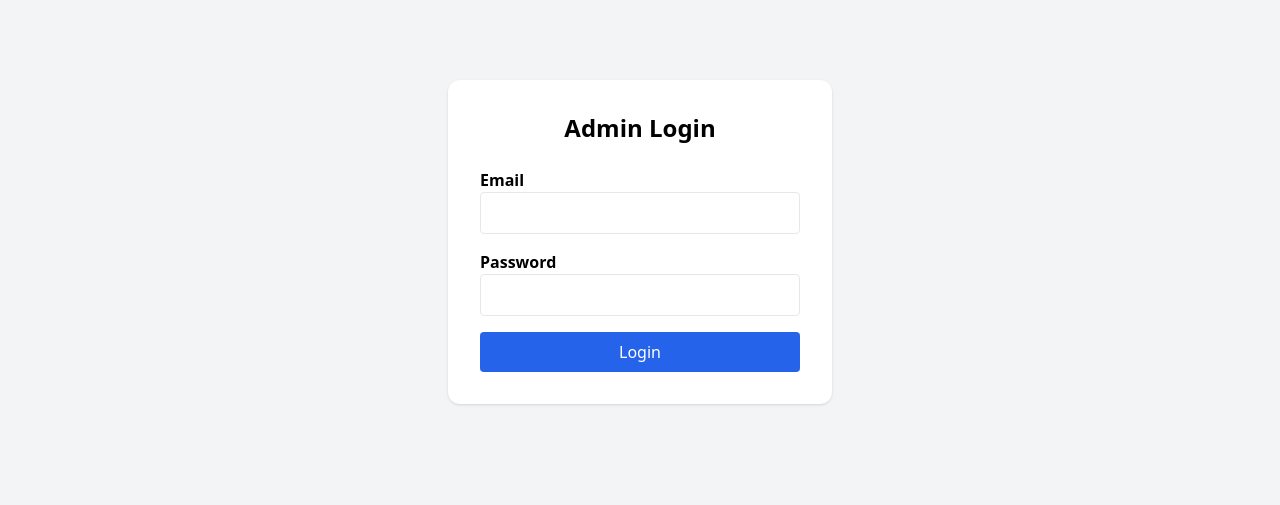
Repository: shravanramakunja/EventEase
Page: http://localhost/admin/login
The author's editor kept a copy of each file at every save. The page is drawn from the files as they stood at one save, then again after the next save.
The browser window is 1280 px wide. The pictures show the whole page.
Some web libraries are served in a nearby version. The page is served by the project's Node server (server.js). Other server files are loaded and not shown.

Above is the page before, as saved 2025-11-29 18:23:28.

### views/adminLogin.ejs
<!DOCTYPE html>
<html lang="en">
<head>
  <meta charset="UTF-8">
  <title>Admin Login</title>
  <script src="https://cdn.tailwindcss.com"></script>
</head>
<body class="bg-gray-100">

  <div class="max-w-sm mx-auto mt-20 bg-white p-8 shadow rounded-xl">

    <h1 class="text-2xl font-bold text-center mb-6">Admin Login</h1>

    <% if (error) { %>
      <p class="bg-red-200 text-red-800 p-2 rounded mb-4 text-center"><%= error %></p>
    <% } %>

    <form action="/admin/login" method="POST" class="space-y-4">
      <div>
        <label class="block font-semibold">Email</label>
        <input type="email" name="email" required class="w-full border rounded p-2">
      </div>

      <div>
        <label class="block font-semibold">Password</label>
        <input type="password" name="password" required class="w-full border rounded p-2">
      </div>

      <button class="w-full bg-blue-600 text-white py-2 rounded hover:bg-blue-700">
        Login
      </button>
    </form>

  </div>

</body>
</html>

### server.js
// server.js

require("dotenv").config();
const express = require("express");
const path = require("path");
const session = require("express-session");
const bodyParser = require("body-parser");

const userRoutes = require("./routes/userRoutes");
const adminRoutes = require("./routes/adminRoutes");
const checkinRoutes = require("./routes/checkinRoutes");
const connectDB = require("./config/db");

const app = express();

// =====================
//  CONNECT DATABASE
// =====================
connectDB();

// =====================
//  MIDDLEWARE
// =====================
app.use(bodyParser.urlencoded({ extended: true }));
app.use(bodyParser.json());
app.use(express.json());
app.use(express.static(path.join(__dirname, "public")));

app.use(
  session({
    secret: process.env.SESSION_SECRET || "somesecretkey",
    resave: false,
    saveUninitialized: false,
    cookie: { maxAge: 24 * 60 * 60 * 1000 }
  })
);

// =====================
//  VIEW ENGINE
// =====================
app.set("view engine", "ejs");
app.set("views", path.join(__dirname, "views"));

// =====================
//  ROUTES
// =====================
app.use("/", userRoutes);
app.use("/admin", adminRoutes);
app.use("/checkin", checkinRoutes);
app.use("/checkin", require("./routes/checkinRoutes"));

// =====================
//  START SERVER
// =====================
const PORT = process.env.PORT || 5000;
app.listen(PORT, () => {
  console.log(`🚀 Server running on http://localhost:${PORT}`);
});

### routes/adminRoutes.js


const express = require("express");
const router = express.Router();
const adminController = require("../controllers/adminController");

// Middleware: allow when session admin is present OR when the request includes ?fromCheckin=true
function ensureAdminOrFromCheckin(req, res, next) {
  // If user is logged in as admin, proceed
  if (req.session && req.session.admin) {
    return next();
  }

  // If query param fromCheckin=true, allow access (used for redirect after scanning)
  const qc = req.query.fromCheckin;
  if (qc === "true" || qc === "1" || qc === "yes") {
    return next();
  }

  // Otherwise redirect to login
  return res.redirect("/admin/login");
}

// Admin Login (public)
router.get("/login", (req, res) => {
  res.render("adminLogin", { error: null });
});

// Handle login
router.post("/login", adminController.login);

// Admin Dashboard (protected)
router.get("/", ensureAdminOrFromCheckin, adminController.dashboard);

// Export CSV (protected)
router.get("/export", ensureAdminOrFromCheckin, adminController.exportCSV);

// Manual check-in (POST) — FIXED
router.post(
  "/manual-checkin",
  ensureAdminOrFromCheckin,
  adminController.manualCheckin
);

// Delete user (protected)
router.get("/delete/:id", ensureAdminOrFromCheckin, adminController.deleteUser);

// Logout
router.get("/logout", (req, res) => {
  req.session.destroy(err => {
    res.redirect("/admin/login");
  });
});

module.exports = router;

After the next save:
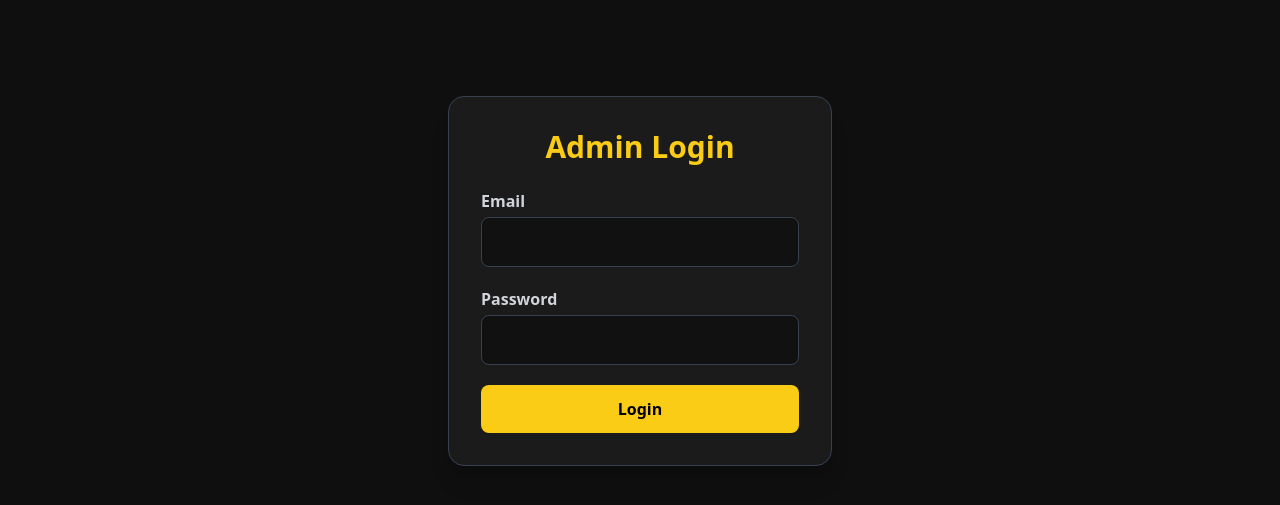
Saved 43 s later.
--- a/views/adminLogin.ejs
+++ b/views/adminLogin.ejs
@@ -2,31 +2,48 @@
 <html lang="en">
 <head>
   <meta charset="UTF-8">
-  <title>Admin Login</title>
+  <title>Admin Login – EventEase</title>
   <script src="https://cdn.tailwindcss.com"></script>
 </head>
-<body class="bg-gray-100">
 
-  <div class="max-w-sm mx-auto mt-20 bg-white p-8 shadow rounded-xl">
+<body class="bg-[#0f0f0f] text-white">
 
-    <h1 class="text-2xl font-bold text-center mb-6">Admin Login</h1>
+  <div class="max-w-sm mx-auto mt-24 bg-[#1b1b1b] border border-gray-700 p-8 rounded-2xl shadow-xl">
+
+    <h1 class="text-3xl font-extrabold text-center mb-6 text-yellow-400">
+      Admin Login
+    </h1>
 
     <% if (error) { %>
-      <p class="bg-red-200 text-red-800 p-2 rounded mb-4 text-center"><%= error %></p>
+      <p class="bg-red-500/20 border border-red-500 text-red-300 p-2 rounded text-center mb-4">
+        <%= error %>
+      </p>
     <% } %>
 
-    <form action="/admin/login" method="POST" class="space-y-4">
+    <form action="/admin/login" method="POST" class="space-y-5">
+
       <div>
-        <label class="block font-semibold">Email</label>
-        <input type="email" name="email" required class="w-full border rounded p-2">
+        <label class="block font-semibold text-gray-300 mb-1">Email</label>
+        <input
+          type="email"
+          name="email"
+          required
+          class="w-full bg-[#111] border border-gray-700 text-white p-3 rounded-lg focus:border-yellow-400 outline-none"
+        >
       </div>
 
       <div>
-        <label class="block font-semibold">Password</label>
-        <input type="password" name="password" required class="w-full border rounded p-2">
+        <label class="block font-semibold text-gray-300 mb-1">Password</label>
+        <input
+          type="password"
+          name="password"
+          required
+          class="w-full bg-[#111] border border-gray-700 text-white p-3 rounded-lg focus:border-yellow-400 outline-none"
+        >
       </div>
 
-      <button class="w-full bg-blue-600 text-white py-2 rounded hover:bg-blue-700">
+      <button
+        class="w-full bg-yellow-400 text-black font-semibold py-3 rounded-lg hover:bg-yellow-300 transition">
         Login
       </button>
     </form>
